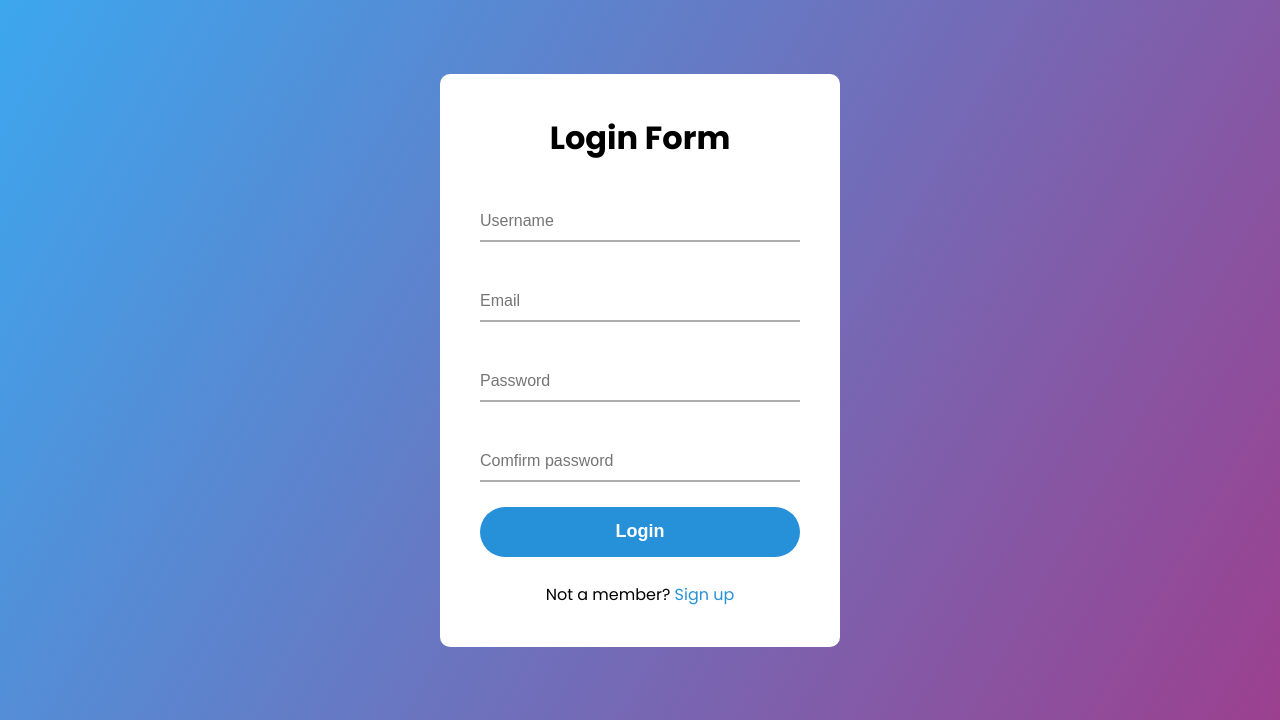
Repository: QUANGTHAI2003/Form-Validation
Page: index.html
An editor plug-in stored every save of this project. The page is shown before and after the next save, followed by the edit.
The browser window is 1280 px wide. The pictures show the whole page.

Above is the page before, as saved 2022-03-13 14:56:58.

After the next save:
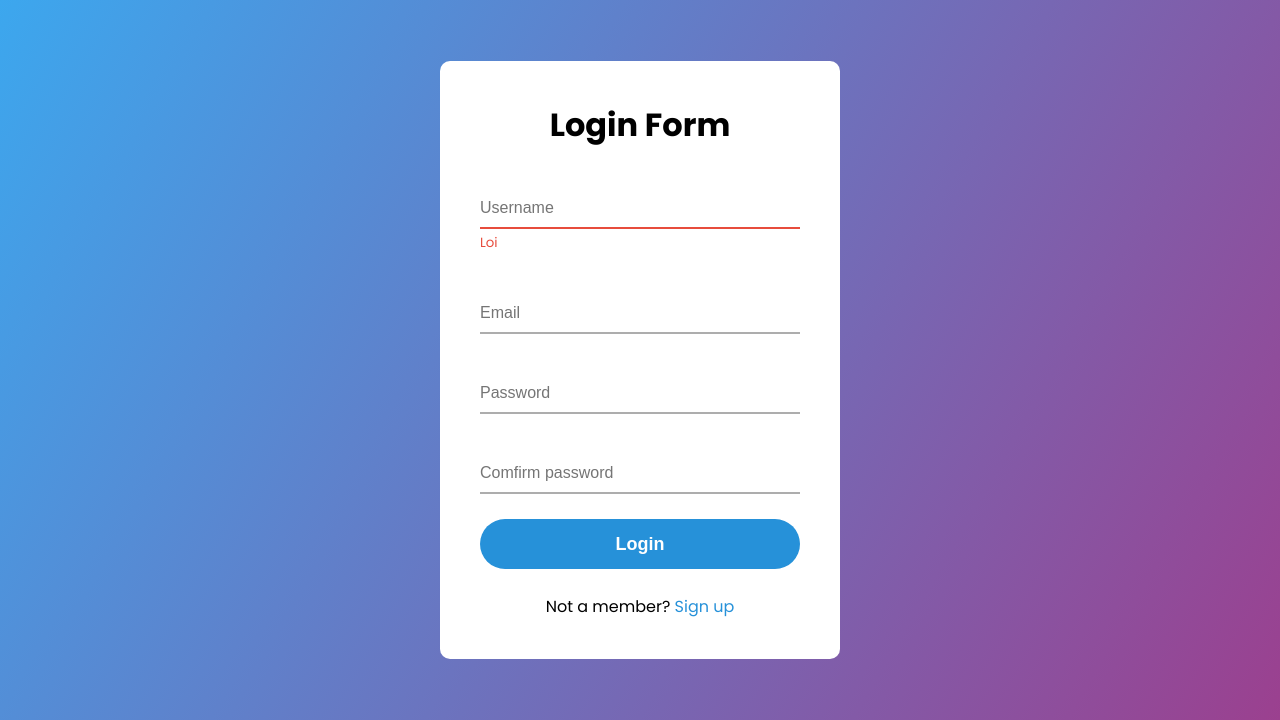
Saved 2 min 16 s later.
--- a/app.js
+++ b/app.js
@@ -11,12 +11,4 @@ function showError(input, message) {
     small.innerText = message;
 }
 
-function showError(input) {
-    let parent = input.parentElement;
-    let small = parent.querySelector('small');
-
-    parent.classList.remove('error');
-    small.innerText = ''
-}
-
 showError(username, 'Loi');
